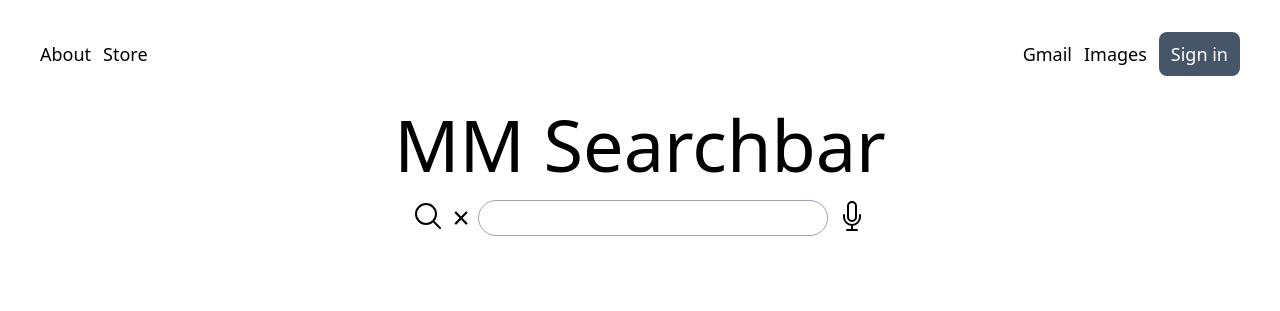
Repository: michalmilek/minigoogle
Page: /
An editor plug-in stored every save of this project. The page is shown before and after the next save, followed by the edit.
The browser window is 1280 px wide. The pictures show the whole page.
The page's requests for data from a server got no answer. The project was rebuilt for these pictures with package versions that can differ from the ones it lists, and the page was loaded fresh each time. The framework's server and built-in components were replaced by stand-ins that run in the browser. No one was signed in, and anything a server would have sent is missing. Also part of the build but not shown: next.config.js.

Above is the page before, as saved 2023-02-13 13:25:58.

After the next save:
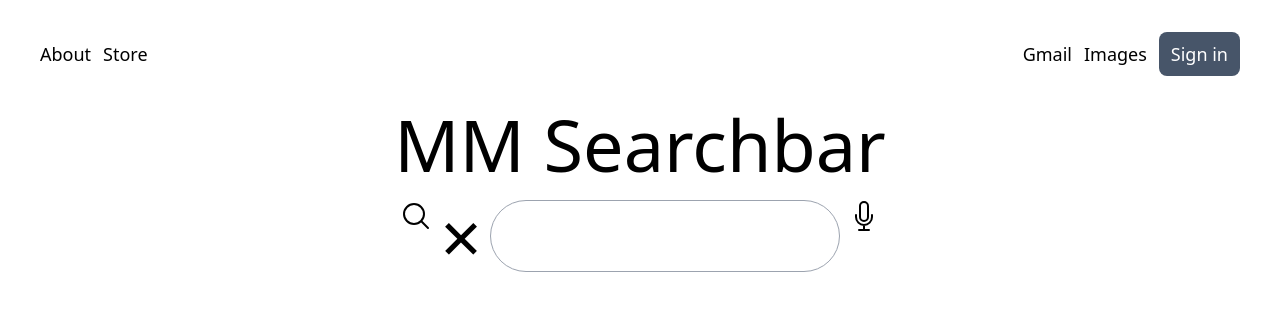
Saved 5 s later.
--- a/pages/index.tsx
+++ b/pages/index.tsx
@@ -30,7 +30,7 @@
         <h1 className="text-7xl">MM Searchbar</h1>
         <div className="flex relative gap-2">
           <MagnifyingGlassIcon className="h-8" />
-          <button className="text-3xl">&times;</button>
+          <button className="text-7xl">&times;</button>
           <input
             type="text"
             className="border w-[350px] px-4 border-gray-400 rounded-full"
